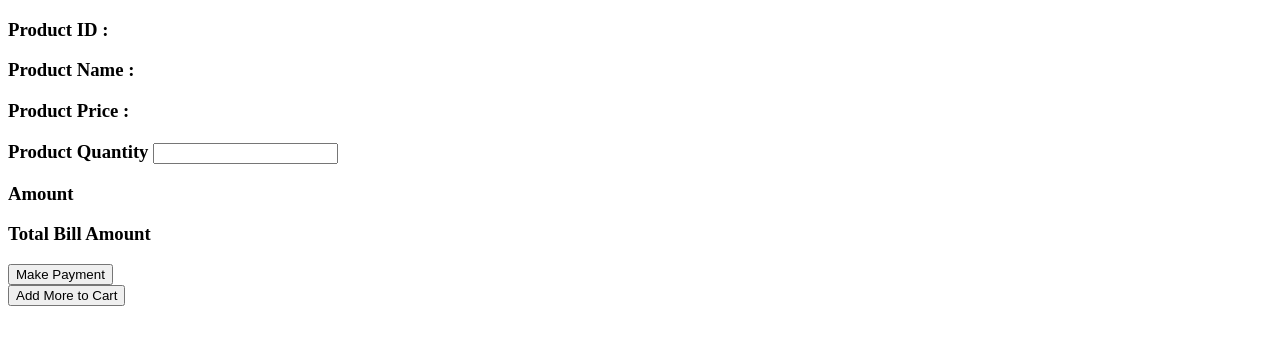
Repository: devgpta19/CDAC-Assignments
Page: http://localhost/ProductsAndUsersUsingJSPAndServlet/showProduct.jsp
These files come from the project's save history. The page is drawn as it stood at one moment and after a run of saves; the edit follows.
The browser window is 1280 px wide. The pictures show the whole page.
The page is served by Tomcat 9.

Above is the page before, as saved 2025-11-27 13:15:10.

After the next 2 saves:
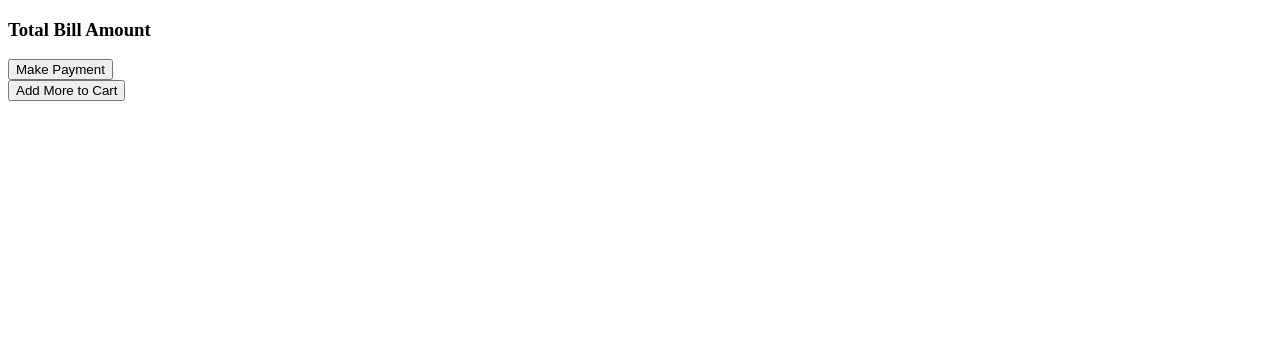
The 2 saves are shown as one change because they came seconds apart.
The last was saved 14 s later.
--- a/Adv.Java/Day6-8/ProductsAndUsersUsingJSPAndServlet/src/main/webapp/showProduct.jsp
+++ b/Adv.Java/Day6-8/ProductsAndUsersUsingJSPAndServlet/src/main/webapp/showProduct.jsp
@@ -10,7 +10,8 @@
 </head>
 <body>
 	<form action="addtocart">
-		<table>
+
+		<c:forEach var="set" items="${ResultSet}">
 			<div>
 				<h3>Product ID : &nbsp; ${set.pid} </h3>
 				<h3>Product Name : &nbsp; ${set.pname}</h3>
@@ -18,7 +19,7 @@
 				<h3>Product Quantity <input type="text" name="qty" id="qty" /> </h3>
 				<h3>Amount</h3>
 			</div>
-			<c:forEach var="set" items="${ResultSet}">
+
 				<tr>
 					<c:set var="amt" value="${set.qty}*${set.price}"></c:set>
 					<c:set var="tamt" value="${tamt}+${amt}"></c:set>
